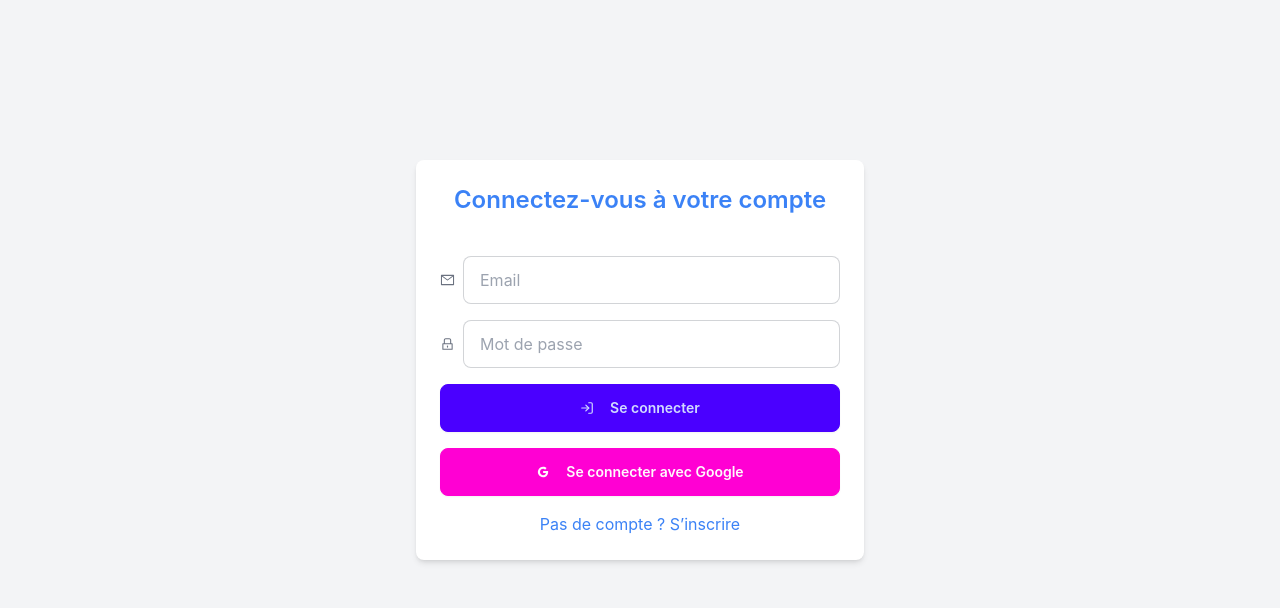
Repository: ossioa/instagrmmanu
Page: /
An editor plug-in stored every save of this project. The page is shown before and after the next save, followed by the edit.
The browser window is 1280 px wide. The pictures show the whole page.
The project was rebuilt for these pictures with package versions that can differ from the ones it lists, and the page was loaded fresh each time. Also part of the build but not shown: src/Components/Auth/Signup.js, src/Components/Common/Navbar.jsx, src/Components/Post/PostList.jsx, src/Home.jsx.

Above is the page before, as saved 2024-05-12 01:43:53.

After the next save:
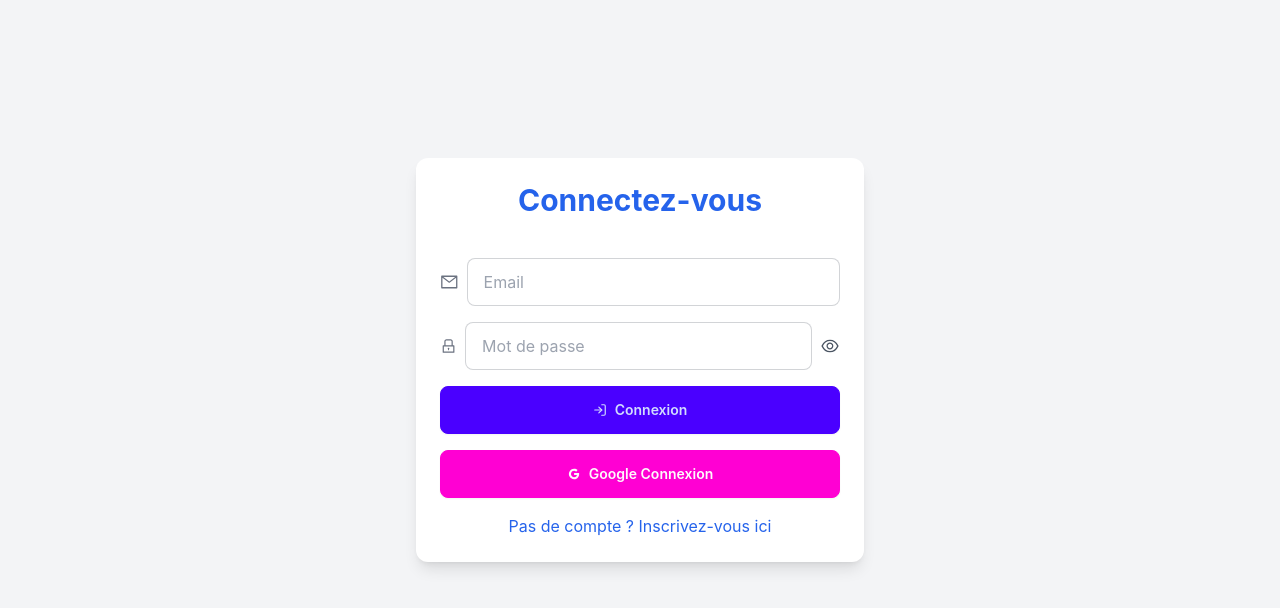
Saved 16 min 6 s later.
--- a/src/Components/Auth/Login.jsx
+++ b/src/Components/Auth/Login.jsx
@@ -2,13 +2,14 @@ import React, { useState } from 'react';
 import { useNavigate } from 'react-router-dom';
 import { auth } from '../../config/firebase';
 import { signInWithEmailAndPassword, createUserWithEmailAndPassword, GoogleAuthProvider, signInWithPopup } from 'firebase/auth';
-import { AiOutlineMail, AiOutlineLock, AiOutlineGoogle } from 'react-icons/ai';
+import { AiOutlineMail, AiOutlineLock, AiOutlineGoogle, AiOutlineEye, AiOutlineEyeInvisible } from 'react-icons/ai';
 import { FiLogIn, FiUserPlus } from 'react-icons/fi';
 
 const Login = () => {
-  const [isLogin, setIsLogin] = useState(true); // true pour connexion, false pour inscription
+  const [isLogin, setIsLogin] = useState(true);
   const [email, setEmail] = useState('');
   const [password, setPassword] = useState('');
+  const [showPassword, setShowPassword] = useState(false);
   const navigate = useNavigate();
 
   const handleAuth = async (event) => {
@@ -37,40 +38,43 @@ const Login = () => {
 
   return (
     <div className="flex justify-center items-center min-h-screen bg-gray-100">
-      <form onSubmit={handleAuth} className="flex flex-col p-6 space-y-4 bg-white shadow-md rounded-lg max-w-md w-full">
-        <h2 className="text-2xl font-semibold text-center mb-6 text-blue-500">{isLogin ? 'Connectez-vous à votre compte' : "Créez un compte"}</h2>
+      <form onSubmit={handleAuth} className="flex flex-col p-6 space-y-4 bg-white shadow-lg rounded-xl max-w-md w-full">
+        <h2 className="text-3xl font-bold text-center mb-6 text-blue-600">{isLogin ? 'Connectez-vous' : "Inscrivez-vous"}</h2>
         <div className="flex items-center space-x-2">
-          <AiOutlineMail className="text-gray-500" />
+          <AiOutlineMail className="text-gray-500 text-xl" />
           <input
             type="email"
             value={email}
             onChange={(e) => setEmail(e.target.value)}
             placeholder="Email"
-            className="input input-bordered w-full"
+            className="input input-bordered w-full focus:ring-2 focus:ring-blue-500"
             autoComplete="username"
           />
         </div>
         <div className="flex items-center space-x-2">
-          <AiOutlineLock className="text-gray-500" />
+          <AiOutlineLock className="text-gray-500 text-xl" />
           <input
-            type="password"
+            type={showPassword ? 'text' : 'password'}
             value={password}
             onChange={(e) => setPassword(e.target.value)}
             placeholder="Mot de passe"
-            className="input input-bordered w-full"
+            className="input input-bordered w-full focus:ring-2 focus:ring-blue-500"
             autoComplete="current-password"
           />
+          <div onClick={() => setShowPassword(!showPassword)} className="text-gray-600 cursor-pointer">
+            {showPassword ? <AiOutlineEyeInvisible className="text-xl" /> : <AiOutlineEye className="text-xl" />}
+          </div>
         </div>
-        <button type="submit" className="btn btn-primary w-full flex items-center justify-center">
-          {isLogin ? <FiLogIn className="mr-2" /> : <FiUserPlus className="mr-2" />}
-          {isLogin ? 'Se connecter' : 'S’inscrire'}
+        <button type="submit" className="btn btn-primary w-full flex items-center justify-center gap-2">
+          {isLogin ? <FiLogIn /> : <FiUserPlus />}
+          {isLogin ? 'Connexion' : 'Inscription'}
         </button>
-        <button type="button" onClick={googleSignIn} className="btn btn-secondary w-full flex items-center justify-center">
-          <AiOutlineGoogle className="mr-2" />
-          {isLogin ? 'Se connecter avec Google' : 'S’inscrire avec Google'}
+        <button type="button" onClick={googleSignIn} className="btn btn-secondary w-full flex items-center justify-center gap-2">
+          <AiOutlineGoogle />
+          {isLogin ? 'Google Connexion' : 'Google Inscription'}
         </button>
-        <button type="button" onClick={() => setIsLogin(!isLogin)} className="text-blue-500 hover:text-blue-600">
-          {isLogin ? 'Pas de compte ? S’inscrire' : 'Déjà un compte ? Se connecter'}
+        <button type="button" onClick={() => setIsLogin(!isLogin)} className="mt-4 text-blue-600 hover:text-blue-700">
+          {isLogin ? 'Pas de compte ? Inscrivez-vous ici' : 'Déjà un compte ? Connectez-vous ici'}
         </button>
       </form>
     </div>
